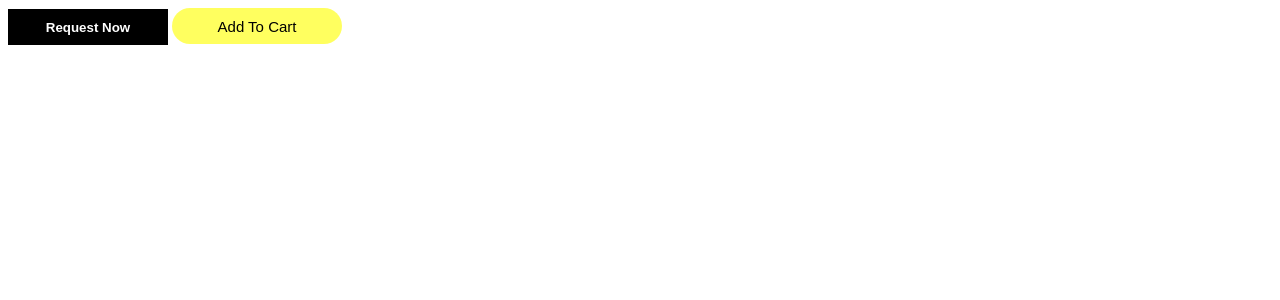
Repository: RagulRanjeeth/Frontend
Page: ButtonsExercise.html
The author's editor kept a copy of each file at every save. The page is drawn from the files as they stood at one save, then again after the next save.
The browser window is 1280 px wide. The pictures show the whole page.

Above is the page before, as saved 2026-01-19 13:20:33.

After the next save:
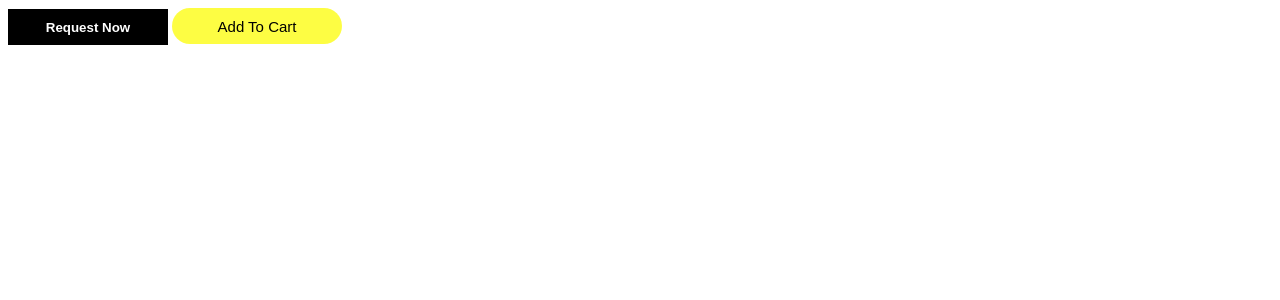
Saved 7 s later.
--- a/ButtonsExercise.html
+++ b/ButtonsExercise.html
@@ -9,7 +9,7 @@
 }
 
 .amazon{
-    background-color: rgba(255, 255, 72, 0.87);
+    background-color: rgba(253, 253, 40, 0.87);
     color: black;
     height: 36px;
     width: 170px;
